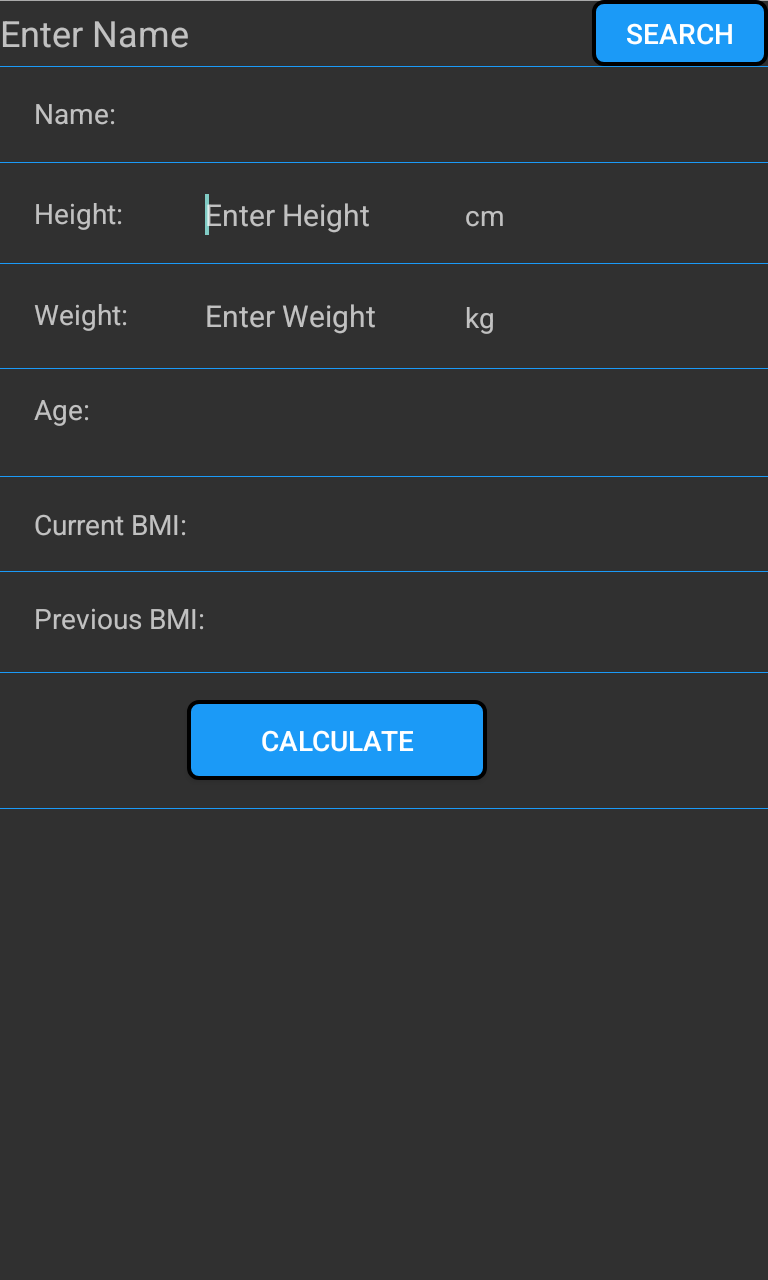
Repository: Team-7/prototype.6
Layout: workspace/Hope World Wide/res/layout/bmi.xml
An editor plug-in stored every save of this project. The layout is shown before and after the next save, followed by the edit.
It is drawn on a 768 x 1280 px phone screen (xhdpi) without system bars, with theme AppTheme; the app's code is not run.

Above is the layout before, as saved 2014-05-31 13:16:50.

### workspace/Hope World Wide/res/layout/bmi.xml
<?xml version="1.0" encoding="utf-8"?>
<RelativeLayout xmlns:android="http://schemas.android.com/apk/res/android"
    xmlns:tools="http://schemas.android.com/tools"
    android:id="@+id/container"
    android:layout_width="match_parent"
    android:layout_height="wrap_content"
    android:focusable="true"
    tools:context="com.example.hwwv2.MainActivity"
    tools:ignore="MergeRootFrame" >

    <AutoCompleteTextView
        android:id="@+id/auto_names"
        android:layout_width="match_parent"
        android:layout_height="33dp"
        android:layout_alignParentLeft="true"
        android:layout_alignParentTop="true"
        android:layout_toLeftOf="@+id/button2"
        android:background="@null"
        android:ems="10"
        android:hint="@string/search"
        android:inputType="text" />

    <View
        android:id="@+id/view1"
        android:layout_width="fill_parent"
        android:layout_height="0.2dp"
        android:layout_alignParentLeft="true"
        android:layout_below="@+id/auto_names"
        android:background="#1B9AF7"
        android:paddingBottom="3dp" />

    <TextView
        android:id="@+id/Name"
        android:layout_width="wrap_content"
        android:layout_height="wrap_content"
        android:layout_alignParentLeft="true"
        android:layout_below="@+id/auto_names"
        android:layout_marginLeft="17dp"
        android:layout_marginTop="14dp"
        android:text="@string/name" />

    <View
        android:id="@+id/View01"
        android:layout_width="fill_parent"
        android:layout_height="0.2dp"
        android:layout_alignParentLeft="true"
        android:layout_below="@+id/Name"
        android:layout_marginTop="15dp"
        android:background="#1B9AF7"
        android:paddingBottom="3dp" />

    <TextView
        android:id="@+id/textView1"
        android:layout_width="wrap_content"
        android:layout_height="wrap_content"
        android:layout_alignLeft="@+id/Name"
        android:layout_below="@+id/Name"
        android:layout_marginTop="31dp"
        android:text="@string/height" />

    <View
        android:id="@+id/View02"
        android:layout_width="fill_parent"
        android:layout_height="0.2dp"
        android:layout_alignParentLeft="true"
        android:layout_below="@+id/heightvalue"
        android:layout_marginTop="14dp"
        android:background="#1B9AF7"
        android:paddingBottom="3dp" />

    <TextView
        android:id="@+id/weight"
        android:layout_width="wrap_content"
        android:layout_height="wrap_content"
        android:layout_alignLeft="@+id/textView1"
        android:layout_below="@+id/heightvalue"
        android:layout_marginTop="30dp"
        android:text="@string/weight" />

    <View
        android:id="@+id/View03"
        android:layout_width="fill_parent"
        android:layout_height="0.2dp"
        android:layout_alignParentLeft="true"
        android:layout_below="@+id/editText2"
        android:layout_marginTop="16dp"
        android:background="#1B9AF7"
        android:paddingBottom="3dp" />

    <View
        android:id="@+id/View05"
        android:layout_width="fill_parent"
        android:layout_height="0.2dp"
        android:layout_alignParentLeft="true"
        android:layout_below="@+id/View05"
        android:background="@android:color/darker_gray"
        android:paddingBottom="3dp" />

    <TextView
        android:id="@+id/textView3"
        android:layout_width="wrap_content"
        android:layout_height="wrap_content"
        android:layout_alignBaseline="@+id/heightvalue"
        android:layout_alignBottom="@+id/heightvalue"
        android:layout_alignRight="@+id/heightvalue"
        android:text="@string/cm" />

    <TextView
        android:id="@+id/textView4"
        android:layout_width="wrap_content"
        android:layout_height="wrap_content"
        android:layout_alignBottom="@+id/editText2"
        android:layout_alignLeft="@+id/textView3"
        android:text="@string/kg" />

    <TextView
        android:id="@+id/age"
        android:layout_width="wrap_content"
        android:layout_height="wrap_content"
        android:layout_alignLeft="@+id/weight"
        android:layout_below="@+id/editText2"
        android:layout_marginTop="27dp"
        android:text="@string/age" />

    <Button
        android:id="@+id/button2"
        android:layout_width="wrap_content"
        android:layout_height="wrap_content"
        android:layout_alignBottom="@+id/auto_names"
        android:layout_alignParentRight="true"
        android:layout_alignParentTop="true"
        android:background="@drawable/calculate"
        android:text="@string/mySearch"
        android:textColor="#ffffff" />

    <TextView
        android:id="@+id/textView5"
        android:layout_width="match_parent"
        android:layout_height="wrap_content"
        android:layout_above="@+id/textView1"
        android:layout_alignLeft="@+id/heightvalue"
        android:textSize="15sp" />

    <EditText
        android:id="@+id/editText2"
        android:layout_width="150dp"
        android:layout_height="wrap_content"
        android:layout_alignTop="@+id/weight"
        android:layout_toRightOf="@+id/bmi"
        android:background="@null"
        android:ems="10"
        android:hint="@string/weightHint"
        android:inputType="numberDecimal"
        android:maxLength="4"
        android:textSize="15sp" />

    <View
        android:id="@+id/View06"
        android:layout_width="fill_parent"
        android:layout_height="0.2dp"
        android:layout_alignParentLeft="true"
        android:layout_below="@+id/textView2"
        android:layout_marginTop="14dp"
        android:background="#1B9AF7"
        android:paddingBottom="3dp" />

    <TextView
        android:id="@+id/textView9"
        android:layout_width="200dp"
        android:layout_height="wrap_content"
        android:layout_above="@+id/View06"
        android:layout_alignLeft="@+id/textView6"
        android:layout_alignTop="@+id/textView2"
        android:textSize="15sp" />

    <View
        android:id="@+id/View07"
        android:layout_width="fill_parent"
        android:layout_height="0.2dp"
        android:layout_alignParentLeft="true"
        android:layout_below="@+id/textView7"
        android:layout_marginTop="16dp"
        android:background="#1B9AF7"
        android:paddingBottom="3dp" />

    <Button
        android:id="@+id/button1"
        android:layout_width="150dp"
        android:layout_height="40dp"
        android:layout_below="@+id/textView7"
        android:layout_marginTop="30dp"
        android:layout_toRightOf="@+id/textView2"
        android:background="@drawable/calculate"
        android:text="@string/calculate"
        android:textColor="#ffffff" />

    <View
        android:id="@+id/View08"
        android:layout_width="fill_parent"
        android:layout_height="0.2dp"
        android:layout_alignParentLeft="true"
        android:layout_below="@+id/button1"
        android:layout_marginTop="14dp"
        android:background="#1B9AF7"
        android:paddingBottom="3dp" />

    <TextView
        android:id="@+id/textView10"
        android:layout_width="300dp"
        android:layout_height="wrap_content"
        android:layout_below="@+id/button1"
        android:layout_centerHorizontal="true"
        android:layout_marginTop="20dp"
        android:gravity="center"
        android:textSize="15sp" />

    <TextView
        android:id="@+id/textView2"
        android:layout_width="wrap_content"
        android:layout_height="wrap_content"
        android:layout_alignLeft="@+id/age"
        android:layout_below="@+id/textView6"
        android:layout_marginTop="37dp"
        android:text="@string/currentBMI" />

    <TextView
        android:id="@+id/bmi"
        android:layout_width="wrap_content"
        android:layout_height="wrap_content"
        android:layout_alignLeft="@+id/textView2"
        android:layout_below="@+id/textView9"
        android:layout_marginTop="28dp"
        android:text="@string/previousBMI" />

    <TextView
        android:id="@+id/textView6"
        android:layout_width="150dp"
        android:layout_height="wrap_content"
        android:layout_alignTop="@+id/age"
        android:layout_toLeftOf="@+id/button2"
        android:textSize="15sp" />

    <View
        android:id="@+id/View19"
        android:layout_width="wrap_content"
        android:layout_height="0.2dp"
        android:layout_above="@+id/textView9"
        android:layout_alignParentLeft="true"
        android:layout_marginBottom="14dp"
        android:background="#1B9AF7"
        android:paddingBottom="3dp" />

    <View
        android:id="@+id/View04"
        android:layout_width="wrap_content"
        android:layout_height="0.2dp"
        android:layout_above="@+id/View04"
        android:layout_alignParentLeft="true"
        android:background="@android:color/darker_gray"
        android:paddingBottom="3dp" />

    <TextView
        android:id="@+id/textView7"
        android:layout_width="200dp"
        android:layout_height="wrap_content"
        android:layout_alignLeft="@+id/textView9"
        android:layout_alignTop="@+id/bmi"
        android:textSize="15sp" />

    <EditText
        android:id="@+id/heightvalue"
        android:layout_width="150dp"
        android:layout_height="wrap_content"
        android:layout_alignLeft="@+id/editText2"
        android:layout_alignTop="@+id/textView1"
        android:background="@null"
        android:ems="10"
        android:hint="@string/heightValue"
        android:inputType="number"
        android:maxLength="3"
        android:textSize="15sp" >

        <requestFocus />
    </EditText>

    <TextView
        android:id="@+id/textView11"
        android:layout_width="wrap_content"
        android:layout_height="wrap_content"
        android:layout_alignLeft="@+id/editText2"
        android:layout_alignRight="@+id/button1"
        android:layout_below="@+id/weight"
        android:textAppearance="?android:attr/textAppearanceSmall" />

    <TextView
        android:id="@+id/textView12"
        android:layout_width="wrap_content"
        android:layout_height="wrap_content"
        android:layout_alignBottom="@+id/View02"
        android:layout_alignLeft="@+id/textView6"
        android:layout_alignRight="@+id/textView11"
        android:layout_below="@+id/textView1"
        android:textAppearance="?android:attr/textAppearanceSmall" />

</RelativeLayout>

### workspace/Hope World Wide/res/values/styles.xml
<resources>

    <!--
        Base application theme, dependent on API level. This theme is replaced
        by AppBaseTheme from res/values-vXX/styles.xml on newer devices.
    -->


    <!-- Application theme. -->
    <style name="AppTheme" parent="Theme.AppCompat">
        <!-- All customizations that are NOT specific to a particular API-level can go here. -->
    </style>

    <style name="Text"> </style>
    <style name="Text.Strong">
           <item name="@android:paddingLeft">2dp</item>
           <item name="@android:paddingBottom">2dp</item>
           <item name="@android:textColor">#000000</item>
           <item name="@android:textStyle">bold|italic</item>
     </style>

     <style name="Text.Strong.Blurry">
           <item name="@android:shadowColor">#BBBBBB</item>
           <item name="@android:shadowDx">2</item>
           <item name="@android:shadowDy">2</item>
           <item name="@android:shadowRadius">15</item>
           <item name="@android:textStyle">bold</item>
     </style>

</resources>

### workspace/Hope World Wide/res/values/strings.xml
<?xml version="1.0" encoding="utf-8"?>
<resources>

    <string name="app_name">HopeWorldWide</string>
    <string name="hello_world">Hello world!</string>
    <string name="action_settings">Settings</string>
    <string name="login"> Login</string>
    <string name="menu"> Home</string>
     <string name="myecd"> Search for ECD</string>
    <string name="username"> Username</string>
    <string name="password"> Password</string>

    <string name="name">Name: </string>
    <string name="height">Height: </string>
    <string name="heightValue">Enter Height</string> <!-- height hint -->
    <string name="weight">Weight: </string>
    <string name="weightHint">Enter Weight</string> <!-- weight hint -->
    <string name="mySearch">Search</string>
    <string name="logout">Logout</string>
    <string name="update">Update Child</string>
    <string name="bmiTitle">Child Information</string>
    <string name="save">Save</string>
    <string name="cancel">Cancel</string>


    <string name="age">Age: </string>
    <string name="calculate">Calculate</string>
    <string name="currentBMI">Current BMI: </string>
    <string name="previousBMI">Previous BMI: </string>
     <string name="AutoCompleteTextView"></string>

     <string name="cm">cm</string>
      <string name="kg">kg</string>
       <string name="hopeworldwide">     \t\t Hope \n         World Wide</string>

       <string name="Login">Login</string> <!-- text in the login button -->
       <string name="login2">Login</string><!-- name of the login page  -->
       <string name="bmi">BMI Calculator</string> <!-- name of the page that calculate bmi -->

       <string name="landing">Hope World Wide</string>

       <!-- landing page buttons -->
        <string name="lButton1">BMI Calculator</string>
        <string name="lButton2">Add Child</string>
        <string name="lButton3">Synchronize Data</string>

        <string name="search">Enter Name</string>
        <string name="ecd">Enter ECD Name</string>
        <string name="ecd1">Search for ECD</string>
         <string name="autocompete">Auto complete</string>

         <string name="sync">Synchronize</string>

         <string name="updateC">Update Child</string>
         <string name="calc">BMI Calculator</string>
         <string name="addC">Add child</string>

         <string name="clogo">child logo</string>
         <string name="synclogo">sync logo</string>
         <string name="calclogo">calc logo</string>
         <string name="addlogo">add logo</string>
         <string name="logoutlogo">logout logo</string>
         <string name="updatelogo">update logo</string>


</resources>

### workspace/Hope World Wide/res/drawable/calculate.xml
<?xml version="1.0" encoding="utf-8"?>
<shape xmlns:android="http://schemas.android.com/apk/res/android"
    android:shape="rectangle" >

    <stroke android:width="2dip" >
    </stroke>

    <solid android:color="#1B9AF7" >
    </solid>

    <corners
        android:bottomLeftRadius="5dip"
        android:bottomRightRadius="5dip"
        android:topLeftRadius="5dip"
        android:topRightRadius="5dip" >
    </corners>

</shape>

After the next save:
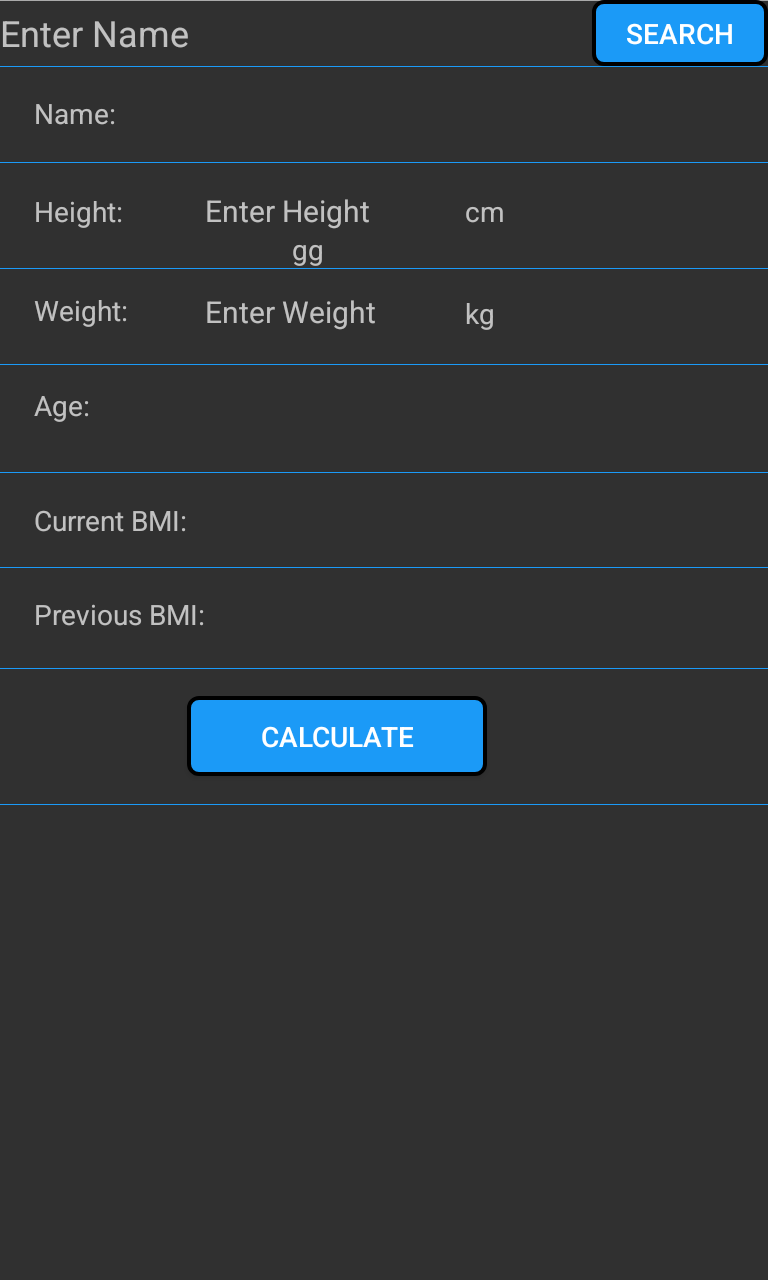
Saved 9 min 27 s later.
--- a/workspace/Hope World Wide/res/layout/bmi.xml
+++ b/workspace/Hope World Wide/res/layout/bmi.xml
@@ -46,25 +46,6 @@
         android:layout_alignParentLeft="true"
         android:layout_below="@+id/Name"
         android:layout_marginTop="15dp"
-        android:background="#1B9AF7"
-        android:paddingBottom="3dp" />
-
-    <TextView
-        android:id="@+id/textView1"
-        android:layout_width="wrap_content"
-        android:layout_height="wrap_content"
-        android:layout_alignLeft="@+id/Name"
-        android:layout_below="@+id/Name"
-        android:layout_marginTop="31dp"
-        android:text="@string/height" />
-
-    <View
-        android:id="@+id/View02"
-        android:layout_width="fill_parent"
-        android:layout_height="0.2dp"
-        android:layout_alignParentLeft="true"
-        android:layout_below="@+id/heightvalue"
-        android:layout_marginTop="14dp"
         android:background="#1B9AF7"
         android:paddingBottom="3dp" />
 
@@ -267,39 +248,55 @@
         android:layout_alignTop="@+id/bmi"
         android:textSize="15sp" />
 
+    <TextView
+        android:id="@+id/textView11"
+        android:layout_width="wrap_content"
+        android:layout_height="wrap_content"
+        android:layout_alignLeft="@+id/editText2"
+        android:layout_alignRight="@+id/button1"
+        android:layout_below="@+id/weight"
+        android:textAppearance="?android:attr/textAppearanceSmall" />
+
+    <TextView
+        android:id="@+id/textView12"
+        android:layout_width="wrap_content"
+        android:layout_height="wrap_content"
+        android:layout_alignLeft="@+id/textView6"
+        android:layout_alignRight="@+id/textView11"
+        android:layout_below="@+id/textView1"
+        android:text="gg"
+        android:textAppearance="?android:attr/textAppearanceSmall" />
+
+    <View
+        android:id="@+id/View02"
+        android:layout_width="fill_parent"
+        android:layout_height="0.2dp"
+        android:layout_alignParentLeft="true"
+        android:layout_below="@+id/textView12"
+        android:background="#1B9AF7"
+        android:paddingBottom="3dp" />
+
     <EditText
         android:id="@+id/heightvalue"
         android:layout_width="150dp"
         android:layout_height="wrap_content"
+        android:layout_alignBaseline="@+id/textView1"
+        android:layout_alignBottom="@+id/textView1"
         android:layout_alignLeft="@+id/editText2"
-        android:layout_alignTop="@+id/textView1"
         android:background="@null"
         android:ems="10"
         android:hint="@string/heightValue"
         android:inputType="number"
         android:maxLength="3"
-        android:textSize="15sp" >
-
-        <requestFocus />
-    </EditText>
-
-    <TextView
-        android:id="@+id/textView11"
-        android:layout_width="wrap_content"
-        android:layout_height="wrap_content"
-        android:layout_alignLeft="@+id/editText2"
-        android:layout_alignRight="@+id/button1"
-        android:layout_below="@+id/weight"
-        android:textAppearance="?android:attr/textAppearanceSmall" />
-
-    <TextView
-        android:id="@+id/textView12"
-        android:layout_width="wrap_content"
-        android:layout_height="wrap_content"
-        android:layout_alignBottom="@+id/View02"
-        android:layout_alignLeft="@+id/textView6"
-        android:layout_alignRight="@+id/textView11"
-        android:layout_below="@+id/textView1"
-        android:textAppearance="?android:attr/textAppearanceSmall" />
+        android:textSize="15sp" />
+
+    <TextView
+        android:id="@+id/textView1"
+        android:layout_width="wrap_content"
+        android:layout_height="wrap_content"
+        android:layout_alignLeft="@+id/Name"
+        android:layout_below="@+id/Name"
+        android:layout_marginTop="30dp"
+        android:text="@string/height" />
 
 </RelativeLayout>
